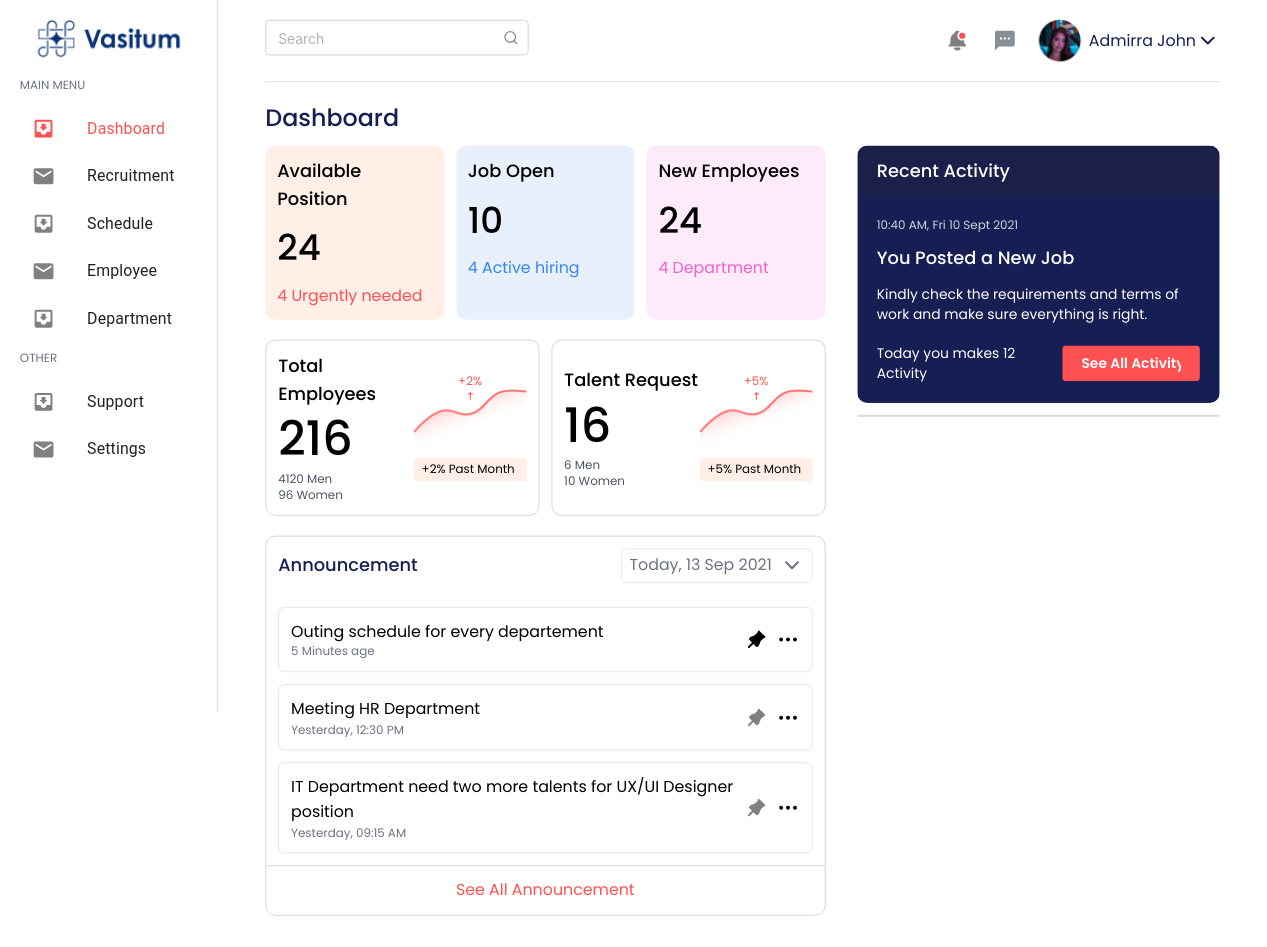
Repository: SatyaDewangan05/sample-dashboard
Page: /
The author's editor kept a copy of each file at every save. The page is drawn from the files as they stood at one save, then again after the next save.
The browser window is 1280 px wide. The pictures show the whole page, at 99% of full size.
The project was rebuilt for these pictures with package versions that can differ from the ones it lists, and the page was loaded fresh each time. The framework's server and built-in components were replaced by stand-ins that run in the browser. Also part of the build but not shown: next.config.mjs.

Above is the page before, as saved 2024-09-22 09:59:30.

### src/app/layout.js
import localFont from "next/font/local";
import "./globals.css";
import { MantineProvider } from "@mantine/core";
import "@mantine/core/styles.css";

const geistSans = localFont({
  src: "./fonts/GeistVF.woff",
  variable: "--font-geist-sans",
  weight: "100 900",
});
const geistMono = localFont({
  src: "./fonts/GeistMonoVF.woff",
  variable: "--font-geist-mono",
  weight: "100 900",
});

import { Poppins } from "next/font/google";
const poppins = Poppins({
  weight: ["400", "500", "600", "700"], // You can choose different weights like '300', '500' etc.
  subsets: ["latin"],
});

export const metadata = {
  title: "Create Next App",
  description: "Generated by create next app",
};

export default function RootLayout({ children }) {
  return (
    <html lang="en">
      <body className={`${poppins.className} antialiased bg-white`}>
        <MantineProvider>{children}</MantineProvider>
      </body>
    </html>
  );
}

### src/app/page.jsx
"use client";

import Image from "next/image";
import MiniDrawer from "./components/Drawer";
import {
  ActionIcon,
  Anchor,
  Avatar,
  Button,
  Divider,
  Indicator,
  TextInput,
  Title,
} from "@mantine/core";
import { Search } from "lucide-react";
import {
  IconBellFilled,
  IconChevronCompactDown,
  IconChevronDown,
  IconDots,
  IconMenu2,
  IconPinFilled,
} from "@tabler/icons-react";
import TextsmsIcon from "@mui/icons-material/Textsms";
import DP from "@/images/dp.png";
import ThreeData from "./components/card/ThreeData";
import DetailChart from "./components/card/DetailChart";
import Event from "./components/card/Event";
import { useEffect, useState } from "react";

export default function Home() {
  const [open, setOpen] = useState(false);
  useEffect(() => {
    const handleResize = () => {
      if (window.innerWidth < 834) {
        setOpen(false);
      } else {
        setOpen(true);
      }
    };

    // Add event listener
    window.addEventListener("resize", handleResize);

    // Call handler right away so state gets updated with initial window size

    handleResize();

    // Remove event listener on cleanup
    return () => window.removeEventListener("resize", handleResize);
  }, []);

  return (
    <div className="flex">
      <MiniDrawer open={open} setOpen={setOpen} />
      <div className="w-full px-12">
        {/* Top Bar */}
        <div className="w-full py-5 flex justify-between relative">
          <div className="h-24 w-24 lg:hidden absolute -left-9 top-6 z-10 ">
            <IconMenu2
              className="hover:opacity-70 hover:cursor-pointer"
              onClick={() => setOpen((prevState) => !prevState)}
            />
          </div>
          <TextInput placeholder="Search" rightSection={<Search size={16} />} />
          <div className="flex items-center gap-5">
            <ActionIcon
              variant="transparent"
              color="gray"
              // c="black"
              aria-label="Settings"
            >
              <Indicator color="#FF5151" offset={7} withBorder>
                <IconBellFilled color="gray" />
              </Indicator>
            </ActionIcon>
            <ActionIcon
              variant="transparent"
              color="gray"
              // c="black"
              aria-label="Settings"
            >
              <TextsmsIcon color="gray" />
            </ActionIcon>
            <div className="flex gap-2 items-center">
              <Image src={DP} />
              <Anchor
                href="https://mantine.dev/"
                target="_blank"
                underline="never"
                c="#161E54"
              >
                <div className="flex items-center">
                  Admirra John
                  <IconChevronDown />
                </div>
              </Anchor>
            </div>
          </div>
        </div>

        <Divider />

        <div className="w-full py-5">
          <p className="text-2xl font-medium text-[#161E54]">Dashboard</p>
          <div className="py-3 grid grid-cols-1 lg:grid-cols-5 gap-5 lg:gap-8">
            {/* Left Section */}
            <div className="lg:col-span-3 flex flex-col gap-5">
              <div className="grid grid-cols-3 gap-3">
                <ThreeData
                  heading="Available Position"
                  figure={24}
                  text="4 Urgently needed"
                  bgColor="#FFEFE7"
                  textColor="#FF5151"
                />
                <ThreeData
                  heading="Job Open"
                  figure={10}
                  text="4 Active hiring"
                  bgColor="#E8F0FB"
                  textColor="#3786F1"
                />
                <ThreeData
                  heading="New Employees"
                  figure={24}
                  text="4 Department"
                  bgColor="#FDEBF9"
                  textColor="#EE61CF"
                />
              </div>
              <div className="grid grid-cols-2 gap-3">
                <DetailChart
                  heading="Total Employees"
                  figure={216}
                  texts={["4120 Men", "96 Women"]}
                  variation="+2%"
                />
                <DetailChart
                  heading="Talent Request"
                  figure={16}
                  texts={["6 Men", "10 Women"]}
                  variation="+5%"
                />
              </div>

              {/* Announcement */}
              <div className="rounded-[10px] border border-gray-300">
                <div className="p-3 flex justify-between items-center">
                  <p className="text-lg font-medium text-[#161E54]">
                    Announcement
                  </p>
                  <div className="px-2 py-1 rounded-md border border-gray-200 flex items-center gap-2 text-gray-500">
                    <p>Today, 13 Sep 2021</p>
                    <IconChevronDown />
                  </div>
                </div>
                <div className="p-3 flex flex-col gap-3">
                  <Event
                    text="Outing schedule for every departement"
                    lastUpdate="5 Minutes age"
                    pin={true}
                    prePinned={true}
                  />
                  <Event
                    text="Meeting HR Department"
                    lastUpdate="Yesterday, 12:30 PM"
                    pin={true}
                  />
                  <Event
                    text="IT Department need two more talents for UX/UI Designer position"
                    lastUpdate="Yesterday, 09:15 AM"
                    pin={true}
                  />
                </div>
                <Divider color="#d1d5db" />
                <div className="p-3 text-[#FF5151] text-center hover:text-opacity-60 hover:cursor-pointer">
                  {" "}
                  See All Announcement
                </div>
              </div>
            </div>

            {/* Right Section */}
            <div className="lg:col-span-2 flex lg:flex-col gap-3 items-start">
              <div className="rounded-[10px] overflow-hidden text-white">
                <p className="px-5 py-3 text-lg font-medium bg-[#1B204A]">
                  Recent Activity
                </p>
                <div className="p-5 bg-[#161E54]">
                  <p className="text-xs text-gray-300">
                    10:40 AM, Fri 10 Sept 2021
                  </p>
                  <p className="mt-3 text-lg font-medium">
                    You Posted a New Job
                  </p>
                  <p className="mt-3 text-sm">
                    Kindly check the requirements and terms of work and make
                    sure everything is right.
                  </p>
                  <div className="mt-5 lg:flex justify-between items-center">
                    <p className="text-sm mb-5 lg:mb-0">
                      Today you makes 12 Activity
                    </p>
                    <Button color="#FF5151" c="white">
                      See All Activity
                    </Button>
                  </div>
                </div>
              </div>
              <div className="rounded-[10px] border border-gray-300 h-0 overflow-hidden">
                <div className="p-3 flex justify-between items-center">
                  <p className="text-lg font-medium text-[#161E54]">
                    Upcomming Schedule
                  </p>
                  <div className="px-2 py-1 rounded-md border border-gray-200 flex items-center gap-2 text-gray-500">
                    <p>Today, 13 Sep 2021</p>
                    <IconChevronDown />
                  </div>
                </div>
                <div className="p-3 flex flex-col gap-3 overflow-hidden">
                  <p className="text-sm text-[#686868]">Priority</p>
                  <Event
                    text="Review candidate applications"
                    lastUpdate="Today - 11:30 AM"
                  />
                  <p className="text-sm text-[#686868]">Other</p>
                  <Event
                    text="Interview with candidates"
                    lastUpdate="Today - 10:30 AM"
                  />
                  <Event
                    text="Short meeting with product designer from IT Departement"
                    lastUpdate="Today - 09:15 AM"
                  />
                </div>
                <Divider color="#d1d5db" />
                <div className="p-3 text-[#FF5151] text-center hover:text-opacity-60 hover:cursor-pointer">
                  {" "}
                  Create a New Schedule
                </div>
              </div>
            </div>
          </div>
        </div>
      </div>
    </div>
  );
}

### src/app/globals.css
@tailwind base;
@tailwind components;
@tailwind utilities;

:root {
  --background: #ffffff;
  --foreground: #171717;
}

/* @media (prefers-color-scheme: dark) {
  :root {
    --background: #0a0a0a;
    --foreground: #ededed;
  }
} */

body {
  color: var(--foreground);
  background: var(--background);
  font-family: Arial, Helvetica, sans-serif;
}

@layer utilities {
  .text-balance {
    text-wrap: balance;
  }
}

@layer base {
  :root {
    --background: 0 0% 100%;
    --foreground: 0 0% 3.9%;
    --card: 0 0% 100%;
    --card-foreground: 0 0% 3.9%;
    --popover: 0 0% 100%;
    --popover-foreground: 0 0% 3.9%;
    --primary: 0 0% 9%;
    --primary-foreground: 0 0% 98%;
    --secondary: 0 0% 96.1%;
    --secondary-foreground: 0 0% 9%;
    --muted: 0 0% 96.1%;
    --muted-foreground: 0 0% 45.1%;
    --accent: 0 0% 96.1%;
    --accent-foreground: 0 0% 9%;
    --destructive: 0 84.2% 60.2%;
    --destructive-foreground: 0 0% 98%;
    --border: 0 0% 89.8%;
    --input: 0 0% 89.8%;
    --ring: 0 0% 3.9%;
    --chart-1: 12 76% 61%;
    --chart-2: 173 58% 39%;
    --chart-3: 197 37% 24%;
    --chart-4: 43 74% 66%;
    --chart-5: 27 87% 67%;
    --radius: 0.5rem;
  }
  .dark {
    --background: 0 0% 3.9%;
    --foreground: 0 0% 98%;
    --card: 0 0% 3.9%;
    --card-foreground: 0 0% 98%;
    --popover: 0 0% 3.9%;
    --popover-foreground: 0 0% 98%;
    --primary: 0 0% 98%;
    --primary-foreground: 0 0% 9%;
    --secondary: 0 0% 14.9%;
    --secondary-foreground: 0 0% 98%;
    --muted: 0 0% 14.9%;
    --muted-foreground: 0 0% 63.9%;
    --accent: 0 0% 14.9%;
    --accent-foreground: 0 0% 98%;
    --destructive: 0 62.8% 30.6%;
    --destructive-foreground: 0 0% 98%;
    --border: 0 0% 14.9%;
    --input: 0 0% 14.9%;
    --ring: 0 0% 83.1%;
    --chart-1: 220 70% 50%;
    --chart-2: 160 60% 45%;
    --chart-3: 30 80% 55%;
    --chart-4: 280 65% 60%;
    --chart-5: 340 75% 55%;
  }
}

@layer base {
  * {
    @apply border-border;
  }
  body {
    @apply bg-background text-foreground;
  }
}

### src/app/components/Drawer.jsx
"use client";

import { styled } from "@mui/material/styles";
import MuiDrawer from "@mui/material/Drawer";
import List from "@mui/material/List";
import IconButton from "@mui/material/IconButton";
import MenuIcon from "@mui/icons-material/Menu";

import ListItem from "@mui/material/ListItem";
import ListItemButton from "@mui/material/ListItemButton";
import ListItemIcon from "@mui/material/ListItemIcon";
import ListItemText from "@mui/material/ListItemText";
import InboxIcon from "@mui/icons-material/MoveToInbox";
import MailIcon from "@mui/icons-material/Mail";
import { useState } from "react";
import Image from "next/image";

import Logo from "@/images/logo.svg";
import LogoWithName from "@/images/logo_with_name.png";
import { IconMenu2 } from "@tabler/icons-react";

const drawerWidth = 220;

const openedMixin = (theme) => ({
  width: drawerWidth,
  transition: theme.transitions.create("width", {
    easing: theme.transitions.easing.sharp,
    duration: theme.transitions.duration.enteringScreen,
  }),
  overflowX: "hidden",
});

const closedMixin = (theme) => ({
  transition: theme.transitions.create("width", {
    easing: theme.transitions.easing.sharp,
    duration: theme.transitions.duration.leavingScreen,
  }),
  overflowX: "hidden",
  width: "80px",
  [theme.breakpoints.up("sm")]: {
    width: "80px",
  },
});

const DrawerHeader = styled("div")(({ theme }) => ({
  display: "flex",
  alignItems: "center",
  justifyContent: "center",
  padding: "20px",
  // necessary for content to be below app bar
  ...theme.mixins.toolbar,
}));

const Drawer = styled(MuiDrawer, {
  shouldForwardProp: (prop) => prop !== "open",
})(({ theme }) => ({
  width: drawerWidth,
  flexShrink: 0,
  whiteSpace: "nowrap",
  boxSizing: "border-box",
  variants: [
    {
      props: ({ open }) => open,
      style: {
        ...openedMixin(theme),
        "& .MuiDrawer-paper": openedMixin(theme),
      },
    },
    {
      props: ({ open }) => !open,
      style: {
        ...closedMixin(theme),
        "& .MuiDrawer-paper": closedMixin(theme),
      },
    },
  ],
}));

export default function MiniDrawer({ open, setOpen }) {
  const [active, setActive] = useState("Dashboard");

  return (
    <Drawer variant="permanent" open={open}>
      <DrawerHeader>
        {open ? (
          <Image src={LogoWithName} alt="Images" />
        ) : (
          <Image className="mx-auto" src={Logo} alt="Images" />
        )}
      </DrawerHeader>
      <p
        className={`h-5 uppercase text-xs  text-gray-500 ${
          open ? "pl-5" : "text-center"
        }`}
      >
        Main Menu
      </p>
      <List>
        {["Dashboard", "Recruitment", "Schedule", "Employee", "Department"].map(
          (text, index) => (
            <ListItem key={text} disablePadding sx={{ display: "block" }}>
              <ListItemButton
                sx={[
                  {
                    minHeight: 48,
                    px: 2,
                    color: active === text ? "#FF5151" : "unset",
                  },
                  open
                    ? {
                        justifyContent: "initial",
                      }
                    : {
                        justifyContent: "center",
                      },
                ]}
                onClick={() => setActive(text)}
              >
                <ListItemIcon
                  sx={[
                    {
                      //   minWidth: 0,
                      justifyContent: "center",
                      color: active === text ? "#FF5151" : "gray",
                    },
                    open
                      ? {
                          mr: 2,
                        }
                      : {
                          mx: "auto",
                        },
                  ]}
                >
                  {index % 2 === 0 ? <InboxIcon /> : <MailIcon />}
                </ListItemIcon>
                <ListItemText
                  primary={text}
                  sx={[
                    open
                      ? {
                          opacity: 1,
                        }
                      : {
                          opacity: 0,
                        },
                  ]}
                />
              </ListItemButton>
            </ListItem>
          )
        )}
      </List>
      <p
        className={`h-5 uppercase text-xs text-gray-500 ${
          open ? " pl-5" : "text-center"
        }`}
      >
        Other
      </p>
      <List>
        {["Support", "Settings"].map((text, index) => (
          <ListItem key={text} disablePadding sx={{ display: "block" }}>
            <ListItemButton
              sx={[
                {
                  minHeight: 48,
                  px: 2,
                },
                open
                  ? {
                      justifyContent: "initial",
                    }
                  : {
                      justifyContent: "center",
                    },
              ]}
              onClick={() => setActive(text)}
            >
              <ListItemIcon
                sx={[
                  {
                    justifyContent: "center",
                    color: active === text ? "#FF5151" : "gray",
                  },
                  open
                    ? {
                        mr: 2,
                      }
                    : {
                        mx: "auto",
                      },
                ]}
              >
                {index % 2 === 0 ? <InboxIcon /> : <MailIcon />}
              </ListItemIcon>
              <ListItemText
                primary={text}
                sx={[
                  open
                    ? {
                        opacity: 1,
                      }
                    : {
                        opacity: 0,
                      },
                ]}
              />
            </ListItemButton>
          </ListItem>
        ))}
      </List>
    </Drawer>
  );
}

### src/app/components/card/ThreeData.jsx
const ThreeData = ({ heading, figure, text, bgColor, textColor }) => {
  return (
    <div
      className="p-3 rounded-[10px] flex flex-col gap-2"
      style={{ backgroundColor: bgColor ? bgColor : "gray" }}
    >
      <p className="text-lg font-medium">{heading}</p>
      <p className="text-[36px] font-medium">{figure}</p>
      <p
        className="text-base"
        style={{ color: textColor ? textColor : "white" }}
      >
        {text}
      </p>
    </div>
  );
};

export default ThreeData;

### src/app/components/card/DetailChart.jsx
import Image from "next/image";
import Graph from "@/images/graph.png";
import GraphLine from "@/images/graph-line.png";
import UpArrow from "@/images/up-arrow.png";

const DetailChart = ({ heading, figure, texts, variation }) => {
  return (
    <div className="p-3 rounded-[10px] border border-gray-300 flex justify-between items-center">
      <div className="flex flex-col gap-2">
        <p className="text-lg font-medium">{heading}</p>
        <p className="text-5xl font-medium">{figure}</p>
        <div>
          {Array.isArray(texts)
            ? texts.map((text, index) => (
                <p key={index} className="text-xs text-gray-600">
                  {text}
                </p>
              ))
            : null}
        </div>
      </div>
      <div className="flex flex-col justify-center">
        <div className="flex flex-col  items-center">
          <p className="text-xs text-[#FF5151] text-center">{variation}</p>
          <div className="h-[69px] w-[114px] relative">
            <Image
              src={UpArrow}
              className="absolute -top-[2px] left-1/2 -translate-x-1/2 z-30"
            />
            <Image src={GraphLine} className="absolute top-0 z-30" />
            <Image src={Graph} className="absolute top-0 z-30" />
          </div>
        </div>
        <div className="px-2 py-1 text-xs rounded bg-[#FFEFE7]">
          {variation} Past Month
        </div>
      </div>
    </div>
  );
};

export default DetailChart;

### src/app/components/card/Event.jsx
import { IconDots, IconPinFilled } from "@tabler/icons-react";
import { useState } from "react";

const Event = ({ text, lastUpdate, pin, prePinned }) => {
  const [pinned, setPinned] = useState(prePinned ? true : false);
  return (
    <div className="w-full p-3 rounded-md border flex justify-between items-center">
      <div>
        <p>{text}</p>
        <p className="text-xs text-gray-500">{lastUpdate}</p>
      </div>
      <div className="flex gap-2 items-center">
        {pin ? (
          <IconPinFilled
            color={pinned ? "unset" : "gray"}
            className="hover:cursor-pointer"
            onClick={() => setPinned((prevState) => !prevState)}
          />
        ) : null}
        <IconDots />
      </div>
    </div>
  );
};

export default Event;

### tailwind.config.js
/** @type {import('tailwindcss').Config} */
module.exports = {
  darkMode: ["class"],
  content: [
    "./src/pages/**/*.{js,ts,jsx,tsx,mdx}",
    "./src/components/**/*.{js,ts,jsx,tsx,mdx}",
    "./src/app/**/*.{js,ts,jsx,tsx,mdx}",
  ],
  theme: {
    extend: {
      colors: {
        background: "hsl(var(--background))",
        foreground: "hsl(var(--foreground))",
        card: {
          DEFAULT: "hsl(var(--card))",
          foreground: "hsl(var(--card-foreground))",
        },
        popover: {
          DEFAULT: "hsl(var(--popover))",
          foreground: "hsl(var(--popover-foreground))",
        },
        primary: {
          DEFAULT: "hsl(var(--primary))",
          foreground: "hsl(var(--primary-foreground))",
        },
        secondary: {
          DEFAULT: "hsl(var(--secondary))",
          foreground: "hsl(var(--secondary-foreground))",
        },
        muted: {
          DEFAULT: "hsl(var(--muted))",
          foreground: "hsl(var(--muted-foreground))",
        },
        accent: {
          DEFAULT: "hsl(var(--accent))",
          foreground: "hsl(var(--accent-foreground))",
        },
        destructive: {
          DEFAULT: "hsl(var(--destructive))",
          foreground: "hsl(var(--destructive-foreground))",
        },
        border: "hsl(var(--border))",
        input: "hsl(var(--input))",
        ring: "hsl(var(--ring))",
        chart: {
          1: "hsl(var(--chart-1))",
          2: "hsl(var(--chart-2))",
          3: "hsl(var(--chart-3))",
          4: "hsl(var(--chart-4))",
          5: "hsl(var(--chart-5))",
        },
      },
      borderRadius: {
        lg: "var(--radius)",
        md: "calc(var(--radius) - 2px)",
        sm: "calc(var(--radius) - 4px)",
      },
    },
    screens: {
      sm: "640px",
      // => @media (min-width: 640px) { ... }

      md: "768px",
      // => @media (min-width: 768px) { ... }

      lg: "834px",
      // => @media (min-width: 1024px) { ... }

      xl: "1280px",
      // => @media (min-width: 1280px) { ... }

      "2xl": "1536px",
      // => @media (min-width: 1536px) { ... }
    },
  },
  plugins: [require("tailwindcss-animate")],
};

After the next save:
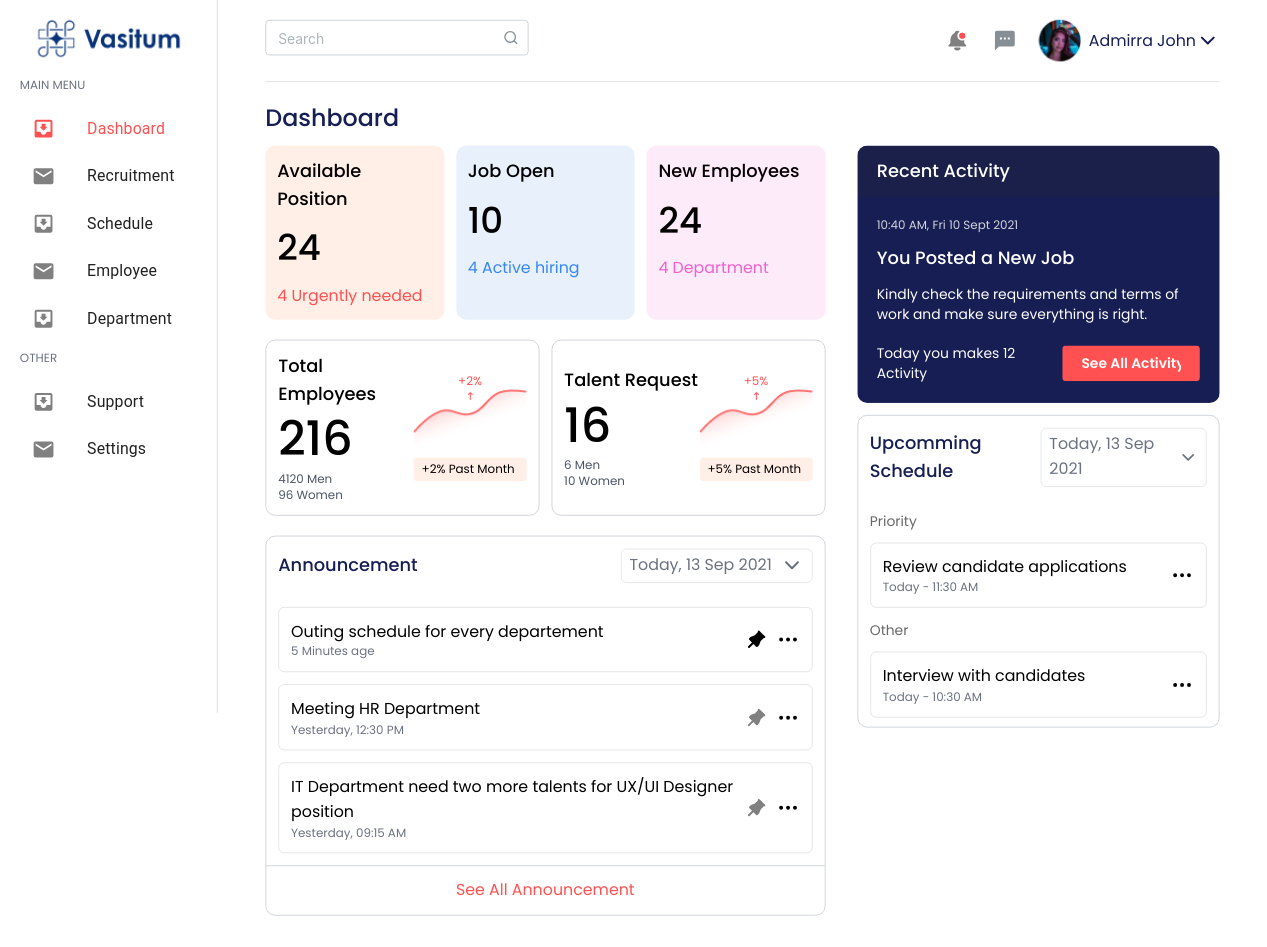
Saved 28 s later.
--- a/src/app/page.jsx
+++ b/src/app/page.jsx
@@ -208,7 +208,7 @@ export default function Home() {
                   </div>
                 </div>
               </div>
-              <div className="rounded-[10px] border border-gray-300 h-0 overflow-hidden">
+              <div className="rounded-[10px] border border-gray-300 max-h-[316px] overflow-hidden">
                 <div className="p-3 flex justify-between items-center">
                   <p className="text-lg font-medium text-[#161E54]">
                     Upcomming Schedule
